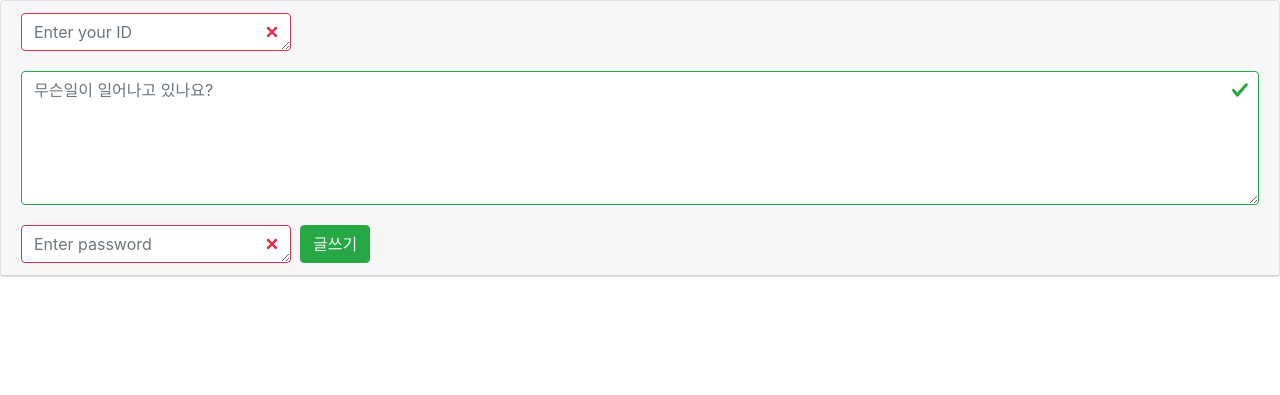
Repository: ikobean/ikoebean
Page: http://localhost/dev_jsp/mySNS/snsDet.jsp
An editor plug-in stored every save of this project. The page is shown before and after the next save, followed by the edit.
The browser window is 1280 px wide. The pictures show the whole page.
The page is served by Tomcat 9.

Above is the page before, as saved 2019-08-16 10:49:54.

After the next save:
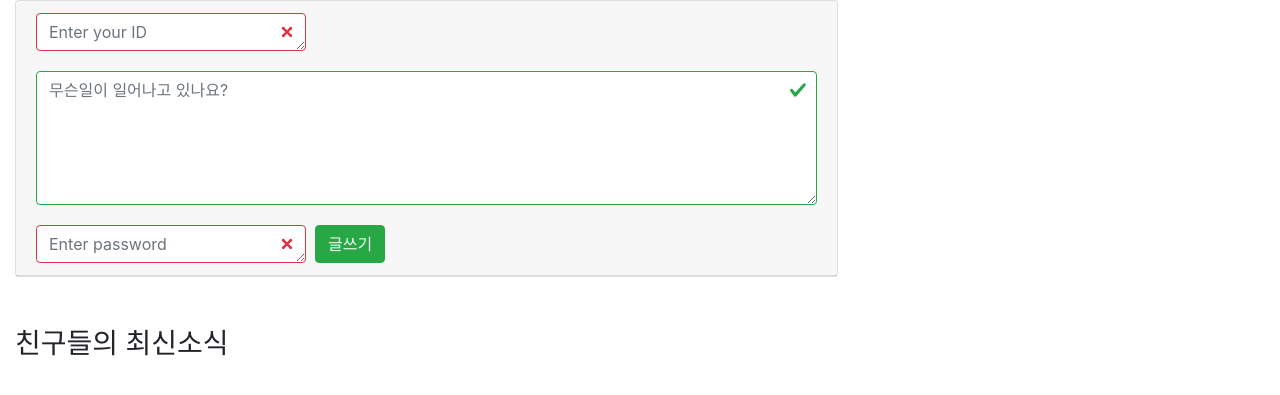
Saved 79 s later.
--- a/workspace_jsp/dev_jsp/WebContent/mySNS/snsDet.jsp
+++ b/workspace_jsp/dev_jsp/WebContent/mySNS/snsDet.jsp
@@ -13,7 +13,9 @@
 </head>
 <body>
 
- <div class="card">
+    <div class="col-sm-8">
+    <!-- 메세지 입력 부분 -->
+	  <div class="card">
 	    <input type="hidden" name="favcnt" value="0">
 
 			<div class="card-header">
@@ -36,7 +38,10 @@
 				</form>
 		</div>
 	</div>
-
+	<div style="margin-bottom:50px"></div>
+      <h3>친구들의 최신소식</h3>
+      <div id="d_msg"></div>
+    </div>
 
 </body>
 </html>
